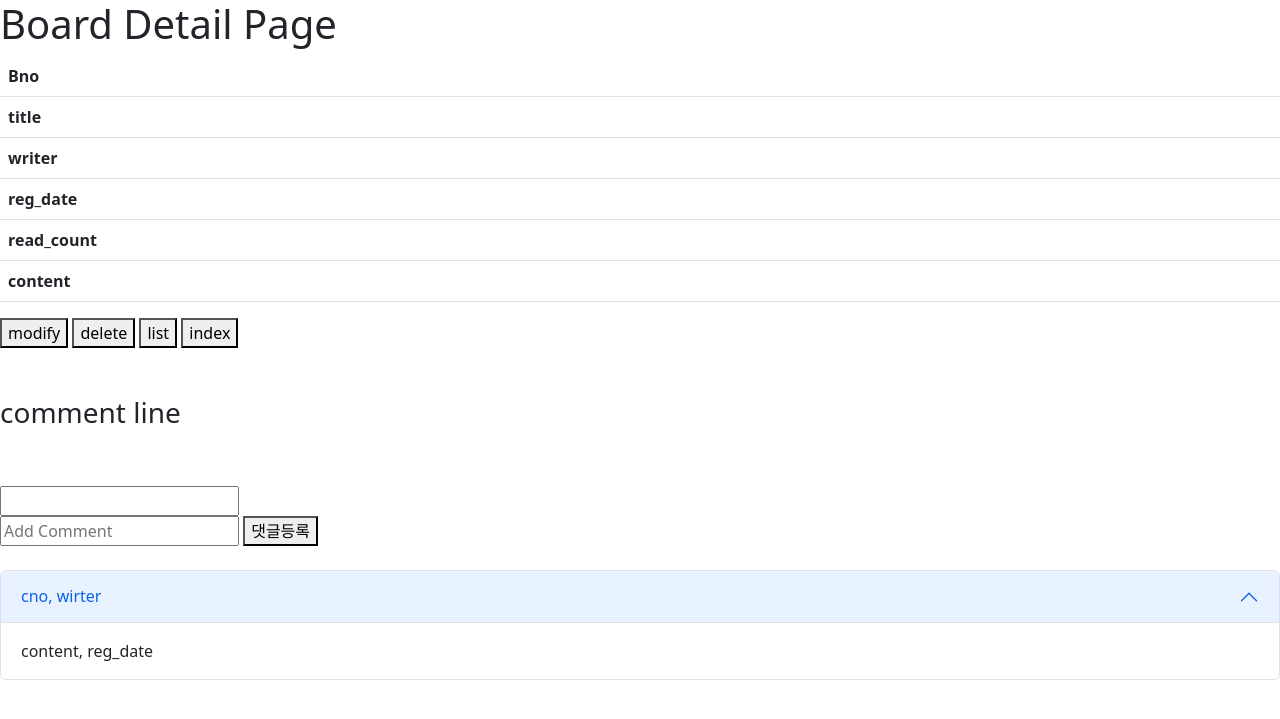
Repository: yangone8249/jsp_project
Page: http://localhost/jsp_project/board/detail.jsp
These files come from the project's save history. The page is drawn as it stood at one moment and after the next save; the edit follows.
The browser window is 1280 px wide. The pictures show the whole page.
The page is served by Tomcat 9. The template is opened directly, without the code that normally fills it, so the values that code supplies are empty.

Above is the page before, as saved 2023-05-19 02:21:22.

After the next save:
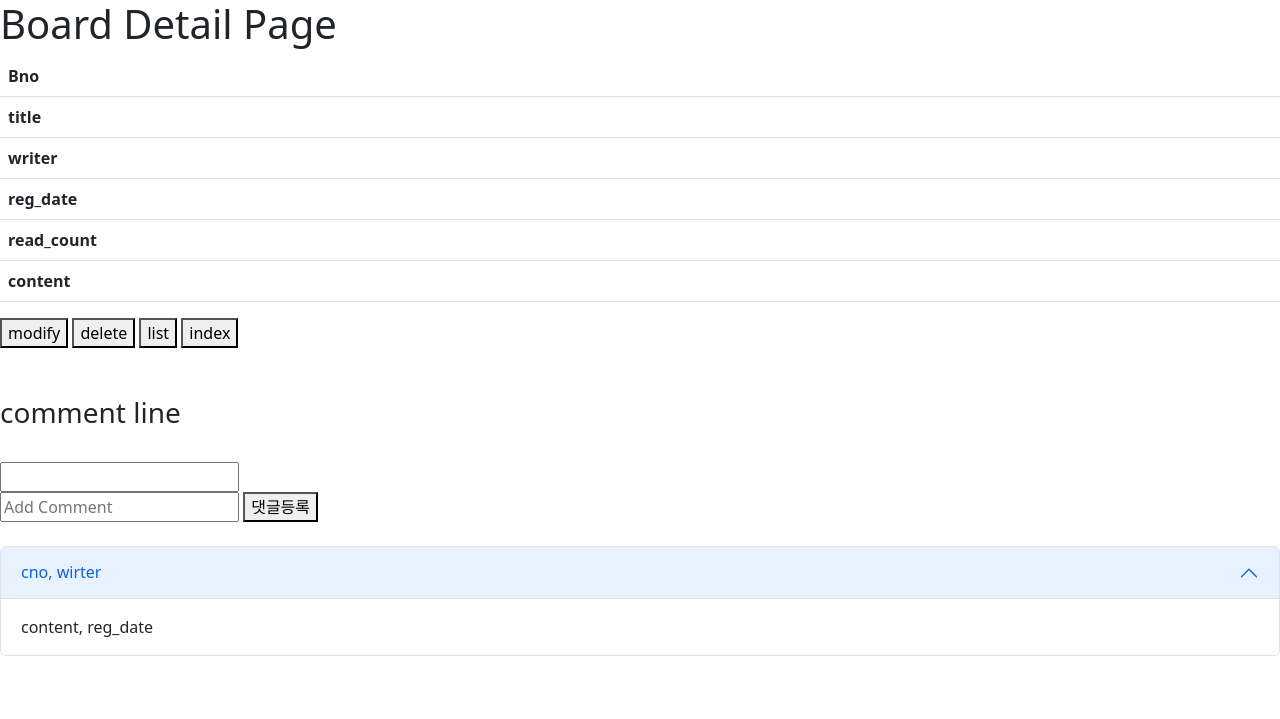
Saved 19 s later.
--- a/jsp_project4/jsp_project/src/main/webapp/board/detail.jsp
+++ b/jsp_project4/jsp_project/src/main/webapp/board/detail.jsp
@@ -47,7 +47,7 @@
 <a href="/"><button type="button">index</button></a>
 
 <div><br><br>
-<h3>comment line</h3><br><br>
+<h3>comment line</h3><br>
 <!-- 댓글 작성 라인 -->
 <input type="text" id="cmtWriter" value="${ses.id }" readonly="readonly"><br>
 <input type="text" id="cmtText" placeholder="Add Comment">
